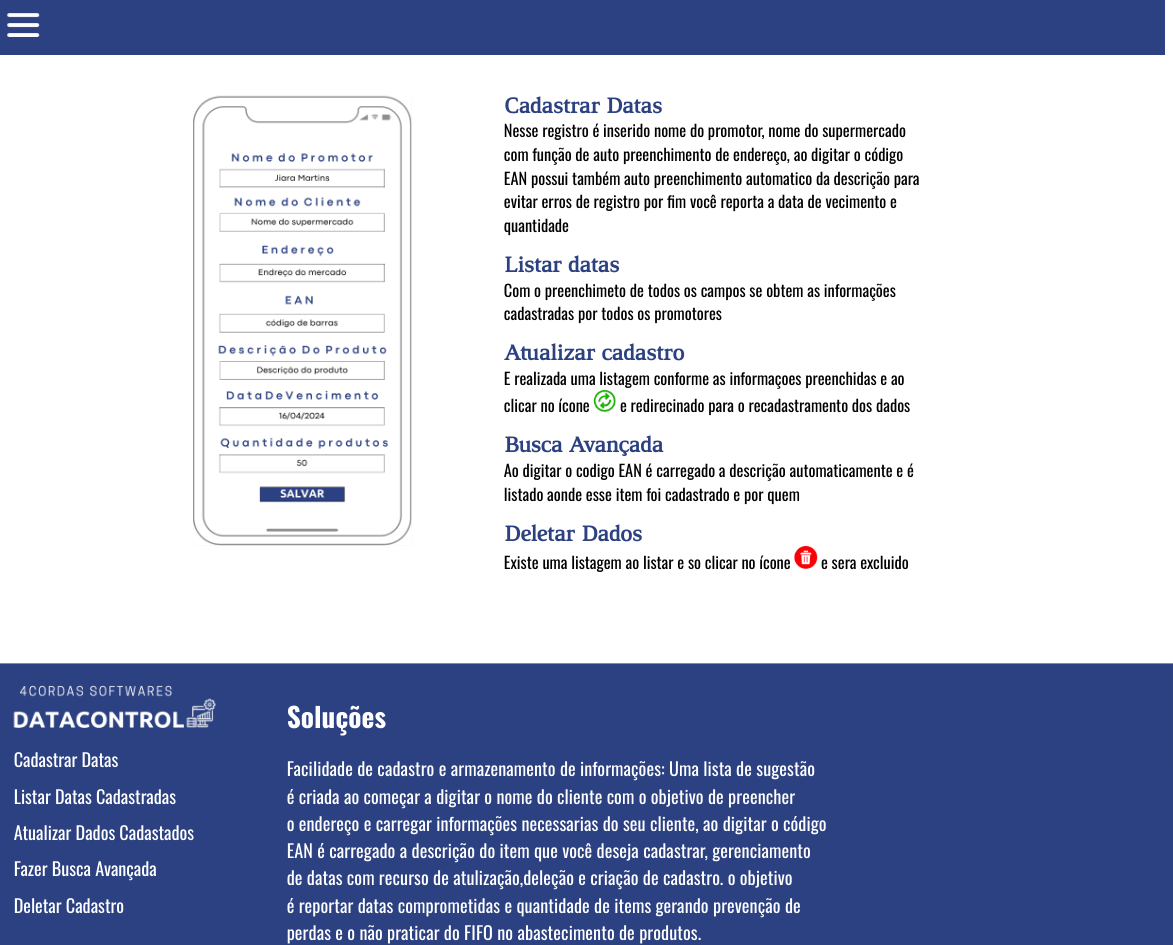
Repository: alfredo-allan/ControleDeDatasFrontEnd
Page: index.html
These files come from the project's save history. The page is drawn as it stood at one moment and after the next save; the edit follows.
The browser window is 1280 px wide. The page is 1289 px wide, so the pictures cover 1289 px, including what lies to the right of the window. The pictures show the whole page, at 91% of full size.

Above is the page before, as saved 2024-04-30 14:48:48.
Console error: TypeError: Cannot read properties of null (reading 'addEventListener')

After the next save:
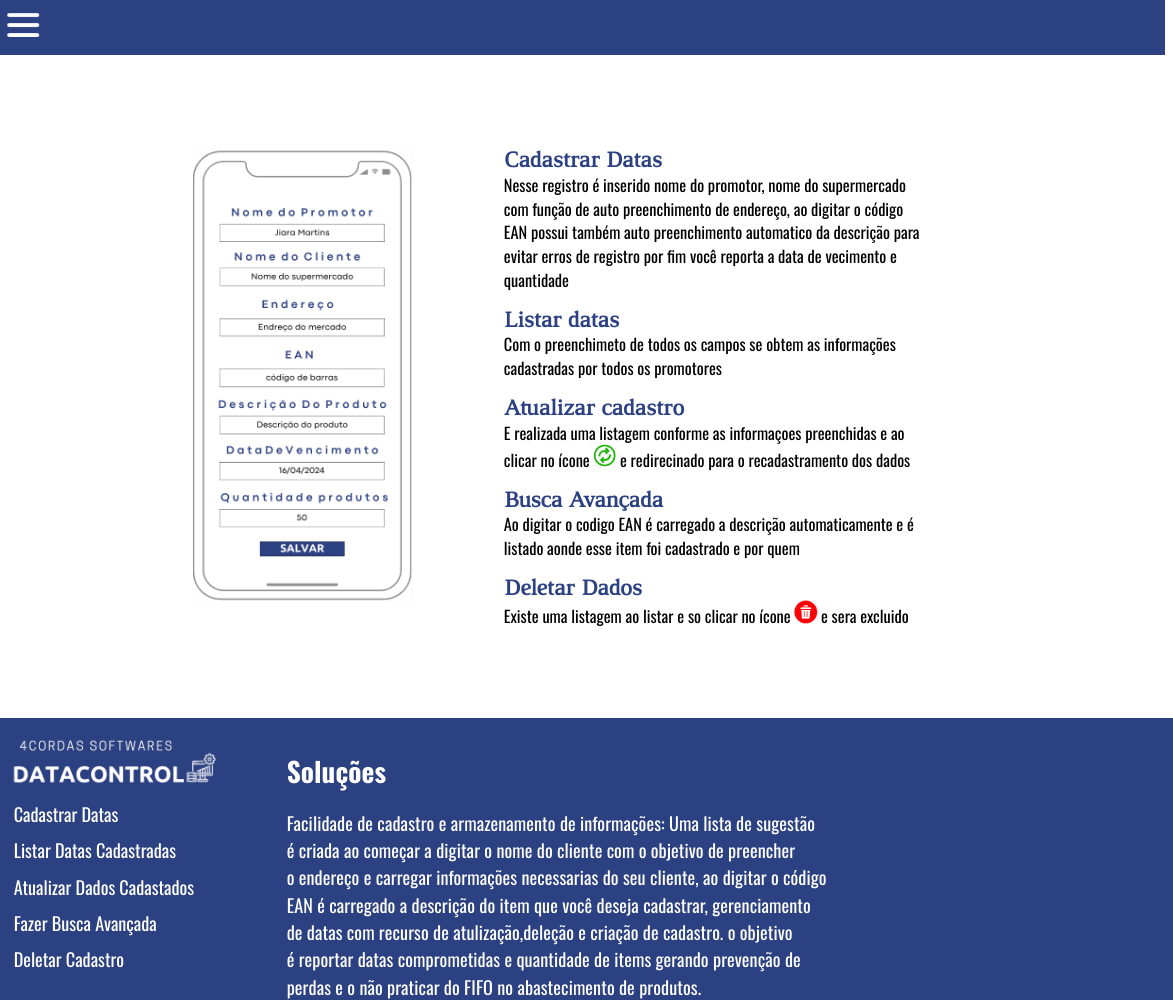
Saved 5 s later.
--- a/style/style.css
+++ b/style/style.css
@@ -430,7 +430,7 @@ button:focus {
 }
 
 #instrucao {
-  margin-top: 90px;
+  margin-top: 150px;
   width: 250px;
   margin-left: 200px;
 }
